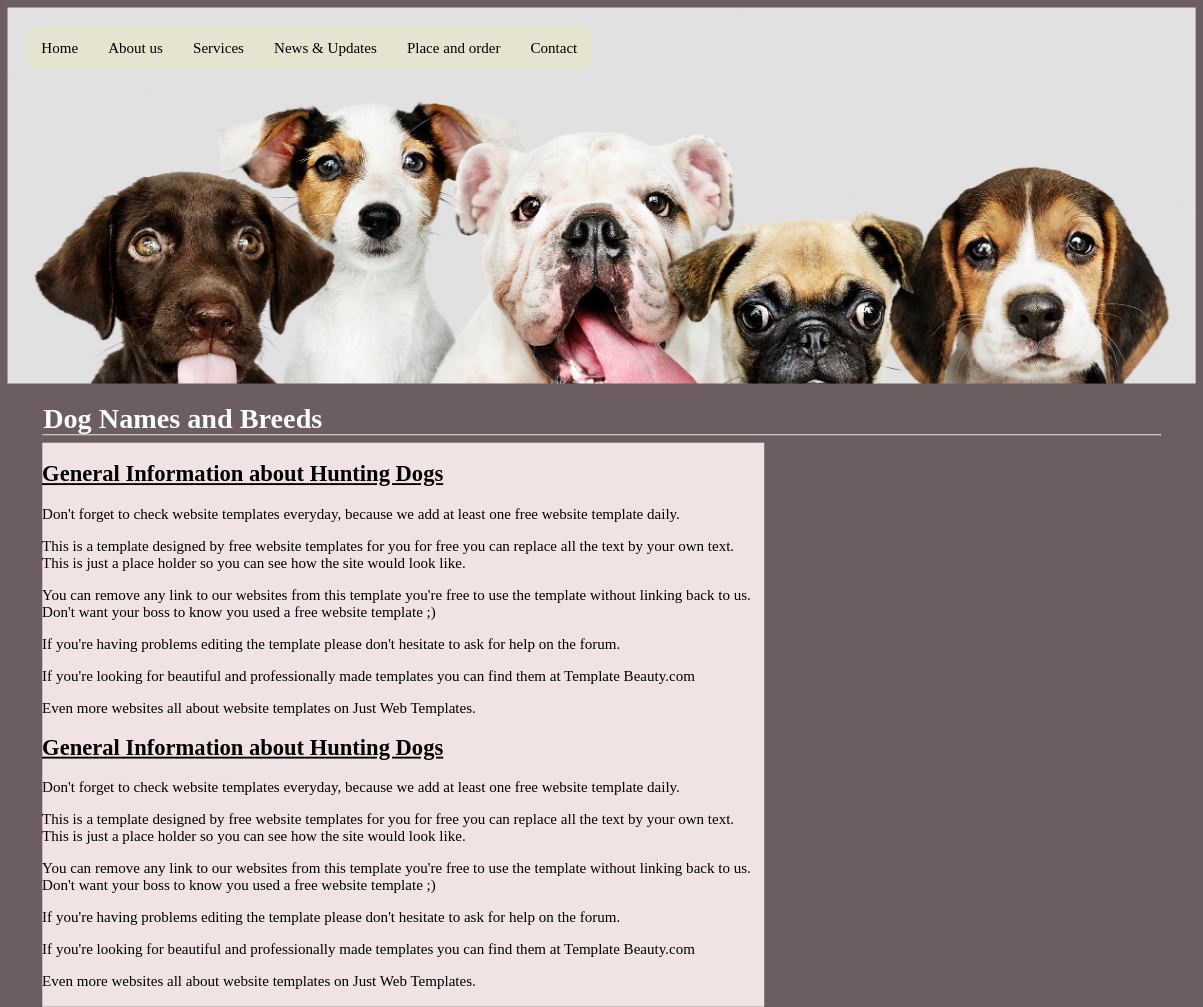
Repository: Tayma-Kazmouz/labwork
Page: index.html
These files come from the project's save history. The page is drawn as it stood at one moment and after the next save; the edit follows.
The browser window is 1280 px wide. The pictures show the whole page, at 94% of full size.

Above is the page before, as saved 2022-04-04 16:50:39.

After the next save:
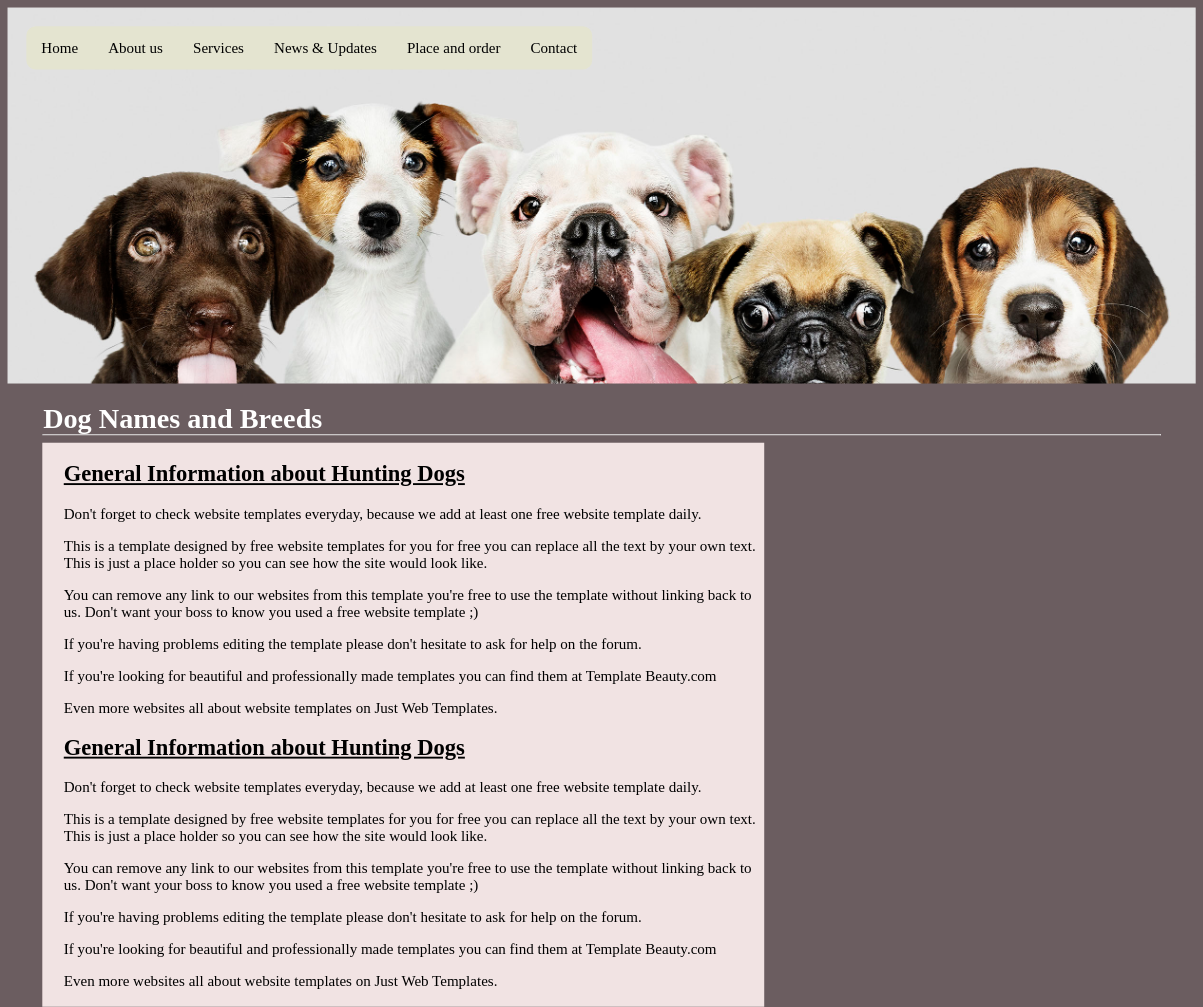
Saved 42 s later.
--- a/styles.css
+++ b/styles.css
@@ -55,4 +55,9 @@ h1{
 
 h2{
     text-decoration: underline;
+    padding-left: 3%;
 }
+
+p{
+    padding-left: 3%;
+}
